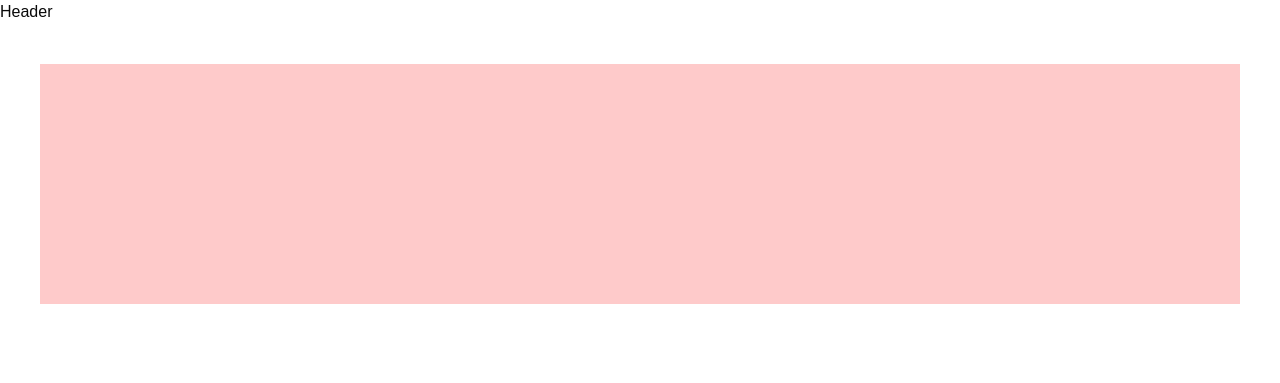
Repository: vespersolutionspk18/integrast-website
Page: /
The author's editor kept a copy of each file at every save. The page is drawn from the files as they stood at one save, then again after the next save.
The browser window is 1280 px wide. The pictures show the whole page.
The project was rebuilt for these pictures with package versions that can differ from the ones it lists, and the page was loaded fresh each time. The framework's server and built-in components were replaced by stand-ins that run in the browser. Also part of the build but not shown: next.config.ts.

Above is the page before, as saved 2024-12-09 14:41:39.

### app/page.tsx
import Image from "next/image";
import Header from "./Header";
import Hero from "./Hero";

export default function Home() {
  return (
    <div>
      <Header />
      <Hero />
    </div>
  );
}

### app/Hero.tsx
import React from 'react'

const Hero = () => {
  return (
    <div className="flex flex-col p-10 ">
        <div className="flex flex-row h-[240px] bg-red-200"></div>
    </div>
  )
}

export default Hero

Loaded but not shown: app/layout.tsx (common file); app/globals.css (common file); app/Header.tsx (common file); tailwind.config.ts (common file)

After the next save:
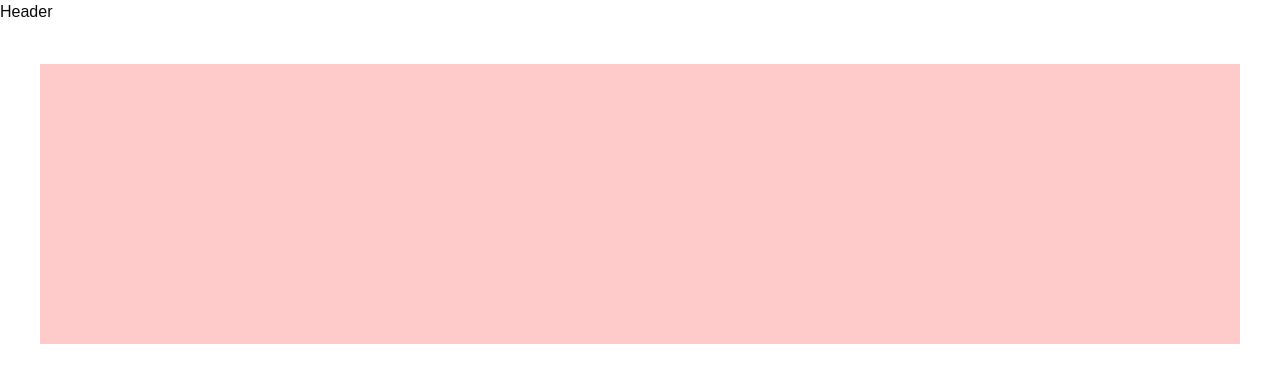
Saved 8 s later.
--- a/app/Hero.tsx
+++ b/app/Hero.tsx
@@ -3,7 +3,7 @@ import React from 'react'
 const Hero = () => {
   return (
     <div className="flex flex-col p-10 ">
-        <div className="flex flex-row h-[240px] bg-red-200"></div>
+        <div className="flex flex-row h-[280px] bg-red-200"></div>
     </div>
   )
 }
